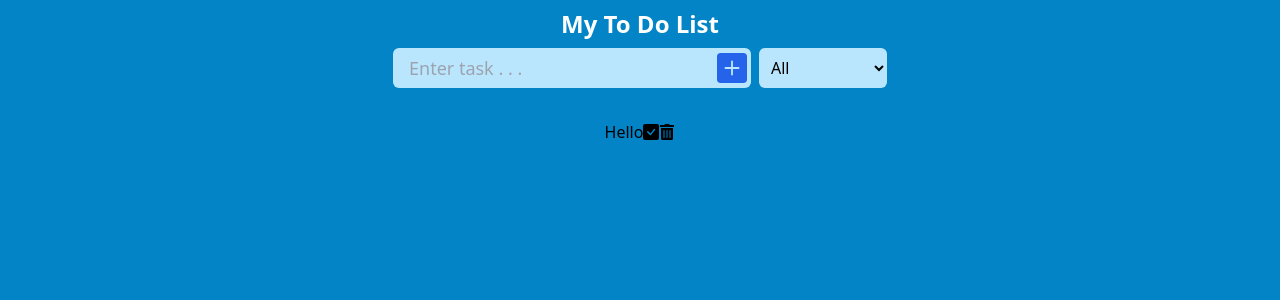
Repository: SaadYasin/react-to-do-list
Page: /
These files come from the project's save history. The page is drawn as it stood at one moment and after a run of saves; the edit follows.
The browser window is 1280 px wide. The pictures show the whole page.
The project was rebuilt for these pictures with package versions that can differ from the ones it lists, and the page was loaded fresh each time. Also part of the build but not shown: src/App.css.

Above is the page before, as saved 2022-11-10 22:50:39.

### public/index.html
<!DOCTYPE html>
<html lang="en">
  <head>
    <meta charset="utf-8" />
    <link rel="icon" href="%PUBLIC_URL%/favicon.ico" />
    <meta name="viewport" content="width=device-width, initial-scale=1" />
    <meta name="theme-color" content="#000000" />
    <meta
      name="description"
      content="Web site created using create-react-app"
    />
    <link rel="apple-touch-icon" href="%PUBLIC_URL%/logo192.png" />

    <link rel="manifest" href="%PUBLIC_URL%/manifest.json" />

    <title>React | To Do List</title>
  </head>
  <body>
    <noscript>You need to enable JavaScript to run this app.</noscript>
    <div id="root"></div>

  </body>
</html>

### src/App.js
import React from 'react';
import Header from './components/Header';
import Input from './components/Input';
import TodoList from './components/TodoList';
import './App.css';

function App() {
  const [inputText, setInputText] = React.useState(null);
  const [todos, setTodos] = React.useState([]);

  return (
    <div className="flex flex-col items-center bg-sky-600 h-screen">
      <Header />
      <Input todos={todos} setTodos={setTodos} setInputText={setInputText} inputText={inputText} />
      <h1>{ inputText }</h1>
      <TodoList />

    </div>
  );
}

export default App;

### src/components/Header.js
import React from 'react'
import Input from './Input'

const Header = () => {
  return (
    <div>
      <h1 className="text-2xl font-bold text-white my-2">My To Do List</h1>
    </div>
  );
}

export default Header

### src/components/Input.js
import React from "react";
import { BsFillPlusSquareFill } from "react-icons/bs";

const Input = ({ setInputText, inputText, todos, setTodos }) => {
  const handleInput = (e) => {
    // e.preventDefault();

    console.log(e.target.value);
    setInputText(e.target.value);
  };

  const handleSubmit = (e) => {
    e.preventDefault();

    setTodos([
      ...todos,
      { text: inputText, completed: false, id: Math.random() * 1000 },
    ]);

    setInputText("");
  };
  return (
    <div className="flex">
      <form className="flex h-10 bg-sky-200 rounded-md" onSubmit={handleSubmit}>
        <input
          value={inputText}
          type="text"
          placeholder="Enter task . . ."
          className="text-lg bg-transparent text-gray-800 px-4 w-44 md:w-80 outline-none"
          onChange={handleInput}
        />
        <button className="text-3xl text-blue-600 px-1" type="submit">
          <BsFillPlusSquareFill />
        </button>
      </form>

      <div className="select ml-2 bg-sky-200 rounded-md">
        <select
          name="todos"
          id="filter-todos"
          className="bg-transparent w-32 p-2"
        >
          <option value="all">All</option>
          <option value="completed">Completed</option>
          <option value="uncompleted">UnCompleted</option>
        </select>
      </div>
    </div>
  );
};

export default Input;

### src/components/TodoList.js
import React from 'react'

// Import components
import Todo from './Todo'
export const TodoList = () => {

  return (
    <div>
      <ul>
        <Todo />
      </ul>
    </div>
  )
}

export default TodoList;

### src/components/Todo.js
import React from 'react';
import { BsCheckSquareFill } from "react-icons/bs";
import { FaTrashAlt } from "react-icons/fa";
const Todo = () => {
  return (
    <div className="flex mt-8 ">
      <li>Hello</li>

      <button>
        <BsCheckSquareFill />
      </button>
      <button><FaTrashAlt /></button>
    </div>
  );
}

export default Todo;

Loaded but not shown: src/index.js (common file); src/index.css (common file); tailwind.config.js (common file)

After the next 2 saves:
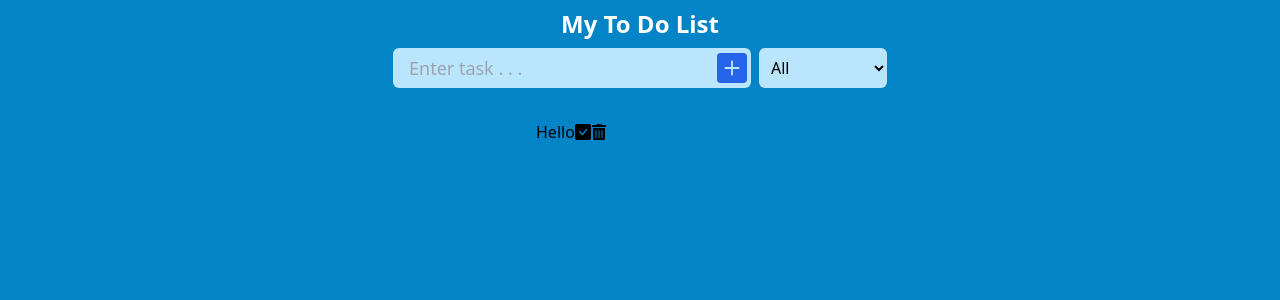
The 2 saves are shown as one change because they came seconds apart.
The last was saved 9 s later.
--- a/src/components/Todo.js
+++ b/src/components/Todo.js
@@ -3,7 +3,7 @@ import { BsCheckSquareFill } from "react-icons/bs";
 import { FaTrashAlt } from "react-icons/fa";
 const Todo = () => {
   return (
-    <div className="flex mt-8 ">
+    <div className="flex mt-8 w-52">
       <li>Hello</li>
 
       <button>
